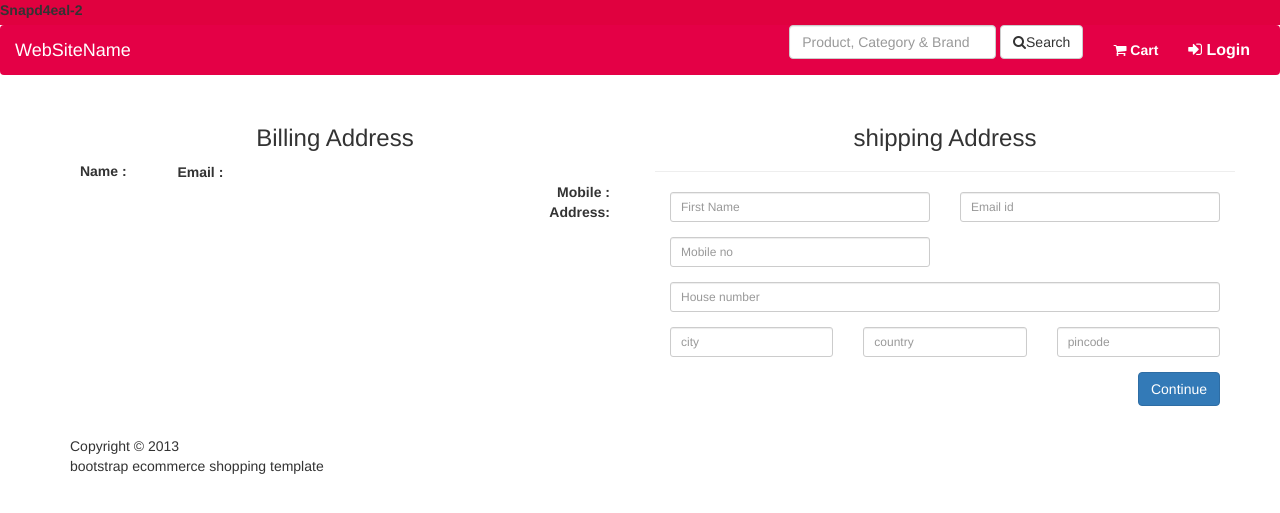
Repository: Aryans26/project
Page: http://localhost/frontend/WEB-INF/views/addressorder.jsp
The author's editor kept a copy of each file at every save. The page is drawn from the files as they stood at one save, then again after the next save.
The browser window is 1280 px wide. The pictures show the whole page.
Some web libraries are served in a nearby version. The page is served by Tomcat 9. Nobody is signed in. The template is opened directly, without the code that normally fills it, so the values that code supplies are empty.

Above is the page before, as saved 2017-06-21 09:21:56.

After the next save:
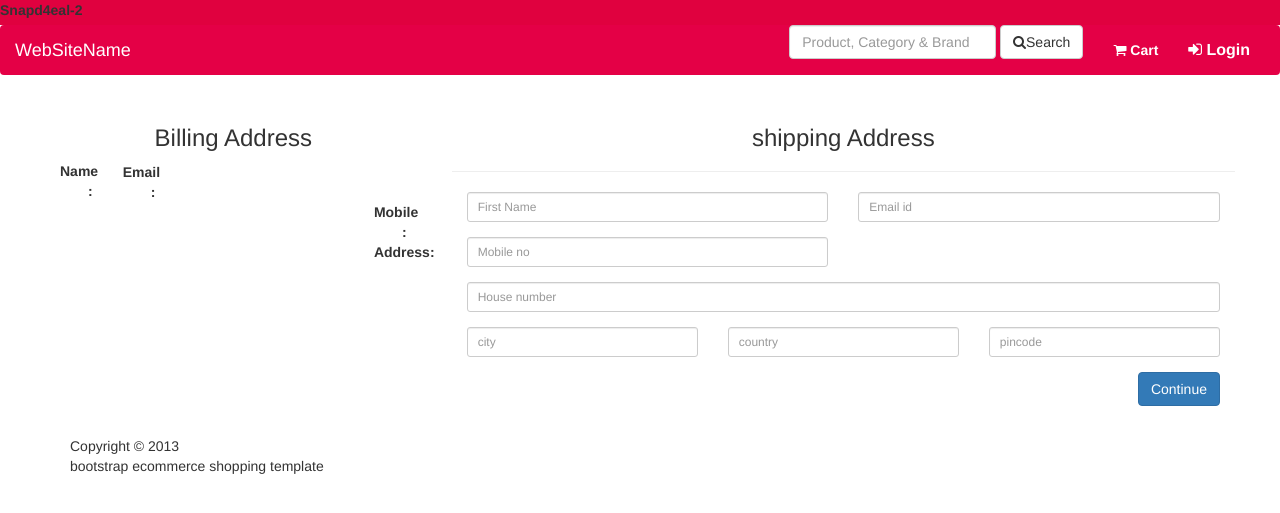
Saved 61 s later.
--- a/frontend/src/main/webapp/WEB-INF/views/addressorder.jsp
+++ b/frontend/src/main/webapp/WEB-INF/views/addressorder.jsp
@@ -22,7 +22,7 @@
 	<div class="col-md-12  col-sm-12  col-xs-8 "
 	style="background: #fff; padding: 30px;">
 
-	<div class="col-md-6 col-sm-6 col-xs-12 billing-add">
+	<div class="col-md-4 col-sm-4 col-xs-12 billing-add">
 		<h3 class="text-center">Billing Address</h3>
 		<div class="col-md-2 col-sm-3 b-r"><b>Name :</b></div><div class="col-md-10 col-sm-9">${user.getU_name()} </div>
 		<div class="col-md-2 col-sm-3 b-r"><b>Email :</b></div><div class="col-md-10 col-sm-9">${user.getU_email()}</div>
@@ -35,7 +35,7 @@
 	</div>
 
 
-	<div class="col-md-6 shipping col-sm-6 col-xs-12">
+	<div class="col-md-8 shipping col-sm-8 col-xs-12">
 		<h3 class="text-center">shipping Address</h3>
 
 		<hr>
